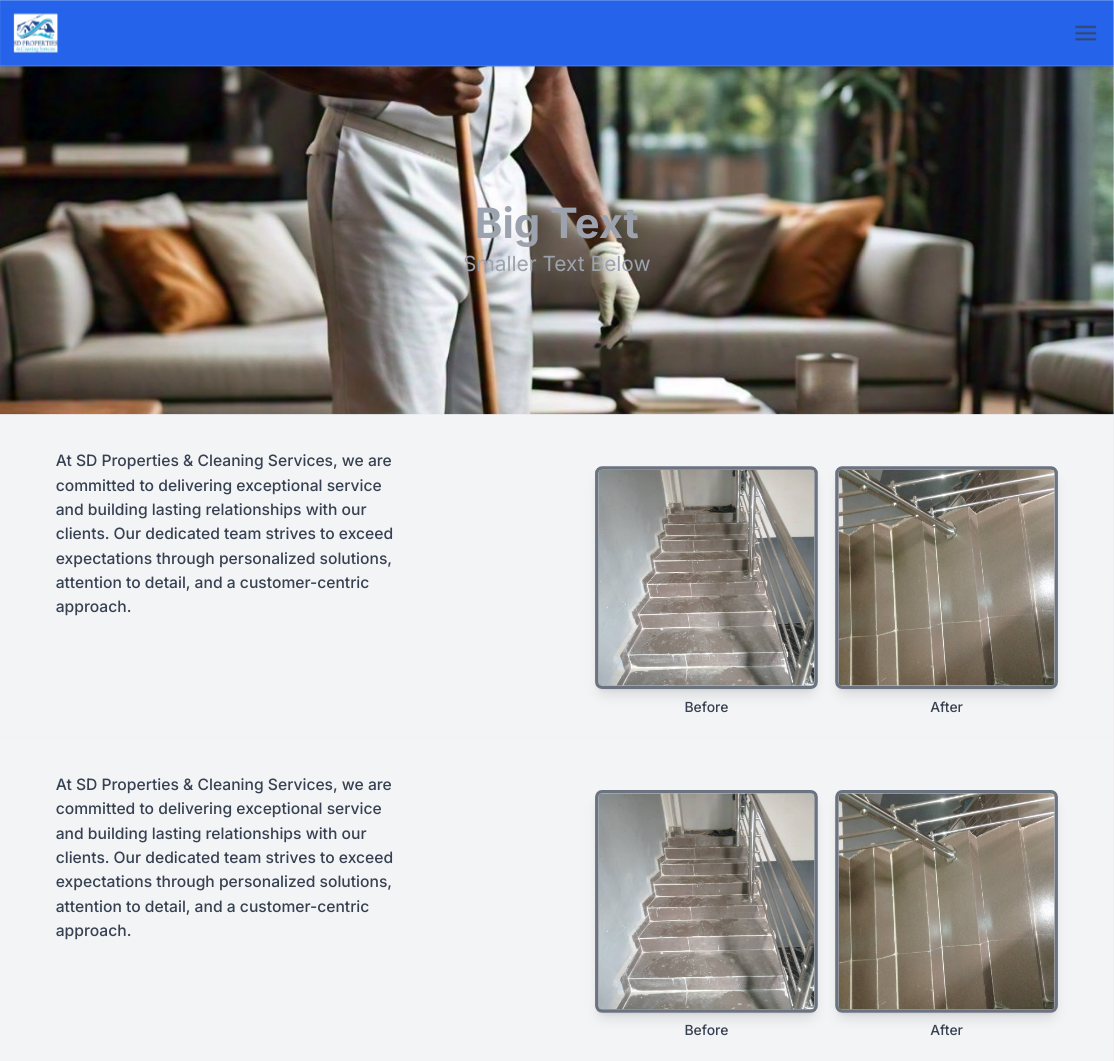
Repository: devmskhan/sdpropandclean
Page: /
An editor plug-in stored every save of this project. The page is shown before and after a run of saves, followed by the edit.
The browser window is 1280 px wide. The pictures show the whole page, at 87% of full size.
The project was rebuilt for these pictures with package versions that can differ from the ones it lists, and the page was loaded fresh each time. The framework's server and built-in components were replaced by stand-ins that run in the browser. Also part of the build but not shown: next.config.mjs.

Above is the page before, as saved 2024-09-03 13:19:56.

### app/layout.tsx
import type { Metadata } from "next";
import { Inter } from "next/font/google";
import "./globals.css";

const inter = Inter({ subsets: ["latin"] });

export const metadata: Metadata = {
  title: "SD Properties & Cleaning",
  description: "Provision of Houses and Cleanliness of Homes is our apex goal",
};

export default function RootLayout({
  children,
}: Readonly<{
  children: React.ReactNode;
}>) {
  return (
    <html lang="en">
      <body className={inter.className}>{children}</body>
    </html>
  );
}

### app/page.tsx
import Header from '../components/Header';
import Body from '../components/Body';

export default function Home() {
  return (
    <main className="min-h-screen bg-gray-200">
      <Header />
      <Body />
    </main>
  );
}

### components/Header.tsx
import Image from "next/image";
import { Bars3Icon } from '@heroicons/react/24/solid'


function Header() {
    return (
      <header className="sticky top-0 z-10 flex justify-between items-center p-4 bg-blue-600 shadow-md">
      <div className="flex items-center">
        <Image
          src="/sdlogo.jpg"
          alt="Logo"
          width={50}
          height={50}
          className="cursor-pointer"
        />
      </div>

      <div className="cursor-pointer">
        <Bars3Icon className="h-8 w-8 text-gray-700" />
      </div>
    </header>

    )
}

export default Header;

### components/Body.tsx



function Body() {
    return (
        <div>
            <div className="relative w-full h-[400px] bg-cover bg-center text-gray-400"
         style={{ backgroundImage: 'url("/pic1.jpg")' }}>
      <div className="absolute inset-0 flex flex-col justify-center items-center text-center">
        {/* Larger Text */}
        <h1 className="text-5xl font-bold mb-2">
          Big Text
        </h1>
        {/* Smaller Text */}
        <p className="text-2xl">
          Smaller Text Below
        </p>
      </div>
    </div>

    <div>

    </div>

      <div className="flex justify-between p-6 bg-gray-100">
  <div className="max-w-md text-left mr-12"> {/* Increased margin-right for larger space */}
    <p className="text-lg font-medium text-gray-700 mt-4 ml-10">
      At SD Properties & Cleaning Services, we are committed to delivering exceptional service and building lasting relationships with our clients. Our dedicated team strives to exceed expectations through personalized solutions, attention to detail, and a customer-centric approach.
    </p>
  </div>
  <div className="flex space-x-5 mt-4 mr-10">
  <div className="flex flex-col items-center">
    <img src="stairsb.jpg" alt="Top Image" className="mt-5 w-64 h-64 rounded-lg shadow-lg border-gray-500 border-solid border-4" />
    <span className="mt-2 text-gray-700 font-medium">Before</span>
  </div>
  <div className="flex flex-col items-center">
    <img src="stairsaft.jpg" alt="Bottom Image" className="mt-5 w-64 h-64 rounded-lg shadow-lg border-gray-500 border-solid border-4" />
    <span className="mt-2 text-gray-700 font-medium">After</span>
  </div>
</div>

</div>

<div className="flex justify-between p-6 bg-gray-100">
<div className="max-w-md text-left mr-12"> {/* Increased margin-right for larger space */}
  <p className="text-lg font-medium text-gray-700 mt-4 ml-10">
    At SD Properties & Cleaning Services, we are committed to delivering exceptional service and building lasting relationships with our clients. Our dedicated team strives to exceed expectations through personalized solutions, attention to detail, and a customer-centric approach.
  </p>
</div>
<div className="flex space-x-5 mt-4 mr-10">
<div className="flex flex-col items-center">
  <img src="stairsb.jpg" alt="Top Image" className="mt-5 w-64 h-64 rounded-lg shadow-lg border-gray-500 border-solid border-4" />
  <span className="mt-2 text-gray-700 font-medium">Before</span>
</div>
<div className="flex flex-col items-center">
  <img src="stairsaft.jpg" alt="Bottom Image" className="mt-5 w-64 h-64 rounded-lg shadow-lg border-gray-500 border-solid border-4" />
  <span className="mt-2 text-gray-700 font-medium">After</span>
</div>
</div>

</div>


        </div>


    )
}

export default Body;

Loaded but not shown: app/globals.css (common file); tailwind.config.ts (common file)

After the next 4 saves:
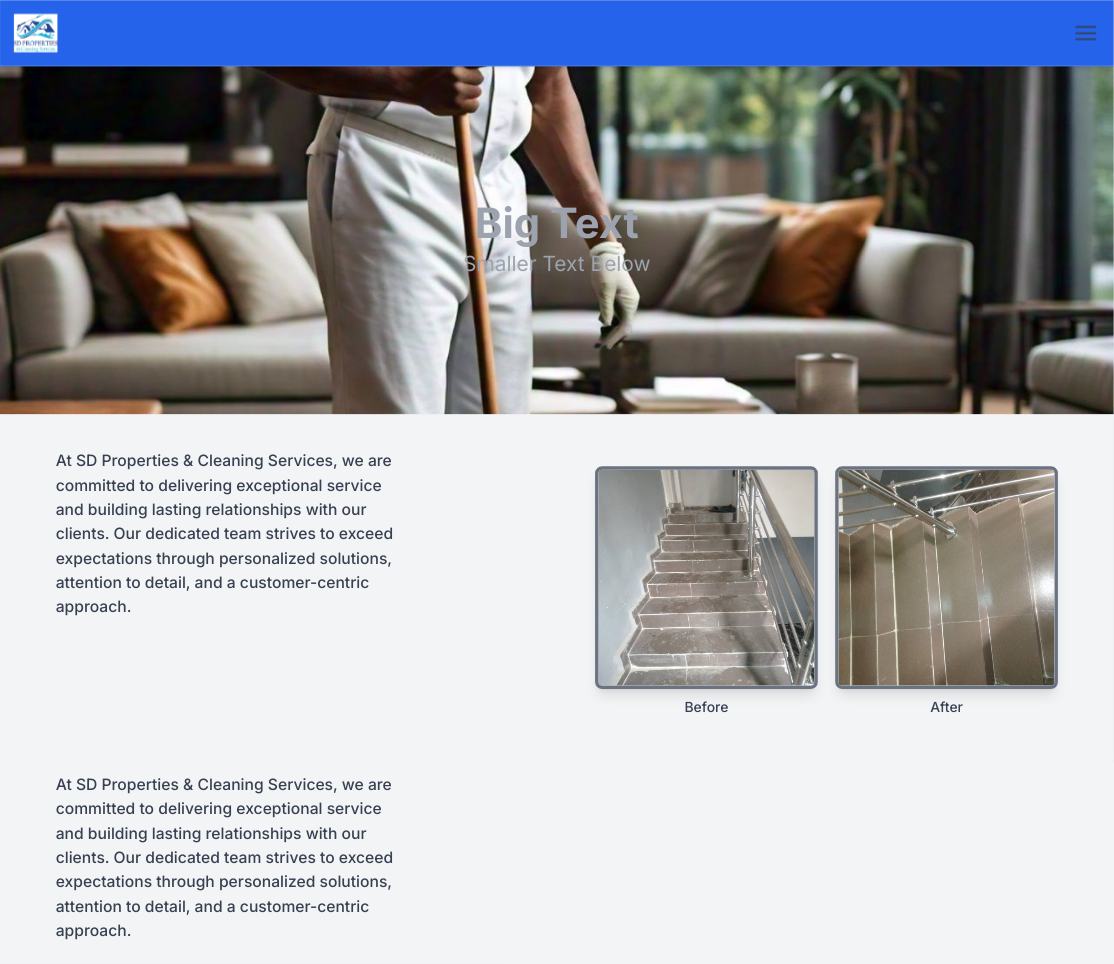
The 4 saves are shown as one change because they came seconds apart.
The last was saved 37 s later.
--- a/components/Body.tsx
+++ b/components/Body.tsx
@@ -47,16 +47,6 @@ function Body() {
     At SD Properties & Cleaning Services, we are committed to delivering exceptional service and building lasting relationships with our clients. Our dedicated team strives to exceed expectations through personalized solutions, attention to detail, and a customer-centric approach.
   </p>
 </div>
-<div className="flex space-x-5 mt-4 mr-10">
-<div className="flex flex-col items-center">
-  <img src="stairsb.jpg" alt="Top Image" className="mt-5 w-64 h-64 rounded-lg shadow-lg border-gray-500 border-solid border-4" />
-  <span className="mt-2 text-gray-700 font-medium">Before</span>
-</div>
-<div className="flex flex-col items-center">
-  <img src="stairsaft.jpg" alt="Bottom Image" className="mt-5 w-64 h-64 rounded-lg shadow-lg border-gray-500 border-solid border-4" />
-  <span className="mt-2 text-gray-700 font-medium">After</span>
-</div>
-</div>
 
 </div>
 
